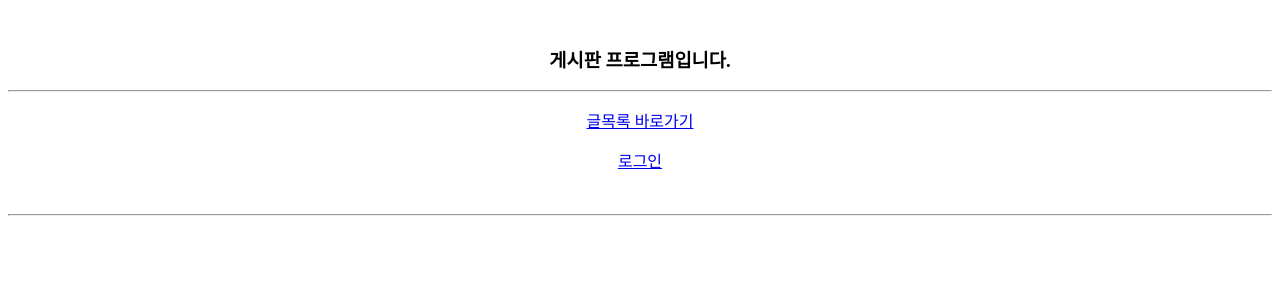
Repository: waterkyeong/SpringBoot
Page: Chapter06/src/main/resources/static/index.html
An editor plug-in stored every save of this project. The page is shown before and after the next save, followed by the edit.
The browser window is 1280 px wide. The pictures show the whole page.

Above is the page before, as saved 2024-07-17 10:30:04.

### Chapter06/src/main/resources/static/index.html
<html>
<head>
	<title>메인 페이지</title>
	<meta http-equiv="Content-Type" content="text/html" charset="UTF-8">
</head>
<body>
	<br>
	<h3 align="center">게시판 프로그램입니다.</h3>
	<hr>
	<p align="center"><a href="getBoardList">글목록 바로가기</a></p>
	<p align="center"><a href="login">로그인</a></p>
	<br>
	<hr>
</body>
</html>

After the next save:
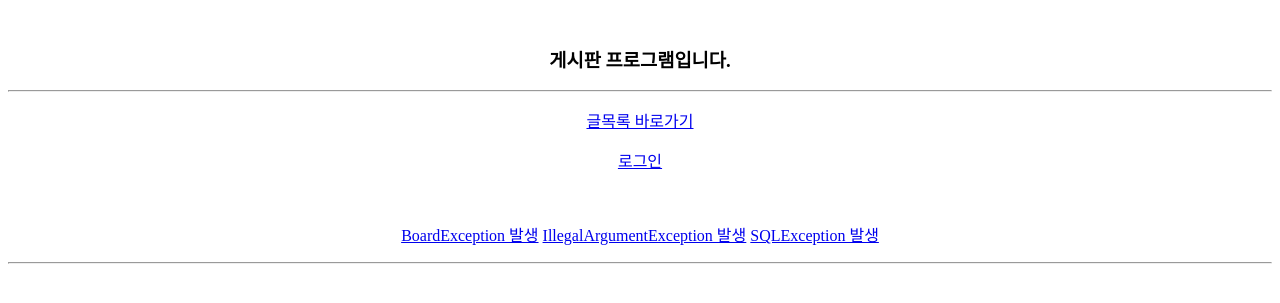
Saved 98 s later.
--- a/Chapter06/src/main/resources/static/index.html
+++ b/Chapter06/src/main/resources/static/index.html
@@ -10,6 +10,10 @@
 	<p align="center"><a href="getBoardList">글목록 바로가기</a></p>
 	<p align="center"><a href="login">로그인</a></p>
 	<br>
+	<p align="center">
+	<a href="boardError">BoardException 발생</a>
+	<a href="illegalArgumentError">IllegalArgumentException 발생</a>
+	<a href="sqlError">SQLException 발생</a>
 	<hr>
 </body>
 </html>
